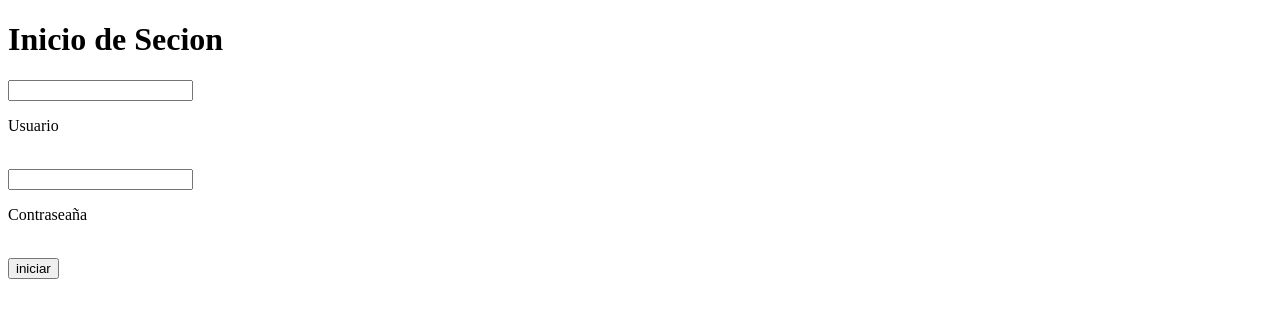
Repository: NighelG/Proyecto-de-verificacion-de-asistencia
Page: ProyectoAsistencia/public/pages/index.html
These files come from the project's save history. The page is drawn as it stood at one moment and after the next save; the edit follows.
The browser window is 1280 px wide. The pictures show the whole page.

Above is the page before, as saved 2025-08-26 15:21:30.

After the next save:
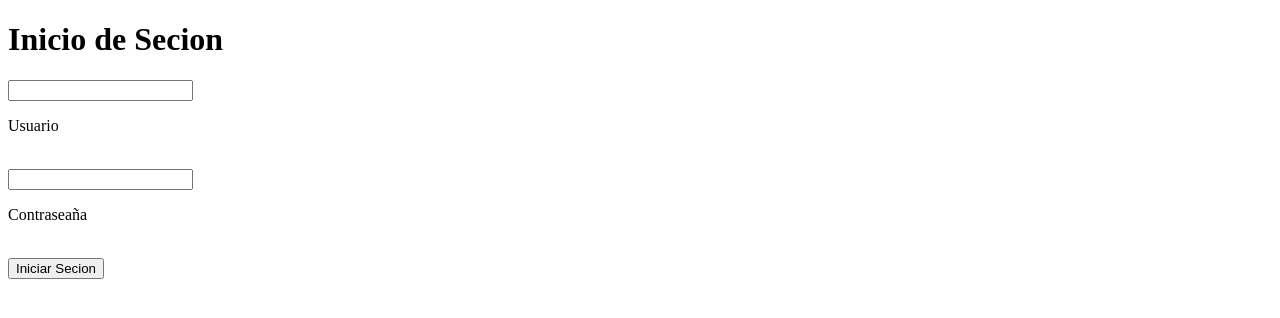
Saved 9 s later.
--- a/ProyectoAsistencia/public/pages/index.html
+++ b/ProyectoAsistencia/public/pages/index.html
@@ -17,7 +17,7 @@
         <input id="password" type="password">
         <p>Contraseaña</p>
         <br>
-        <button>iniciar</button>
+        <button>Iniciar Secion</button>
     </div>
 </body>
 <script type="module" src="../js/index.js"></script>
